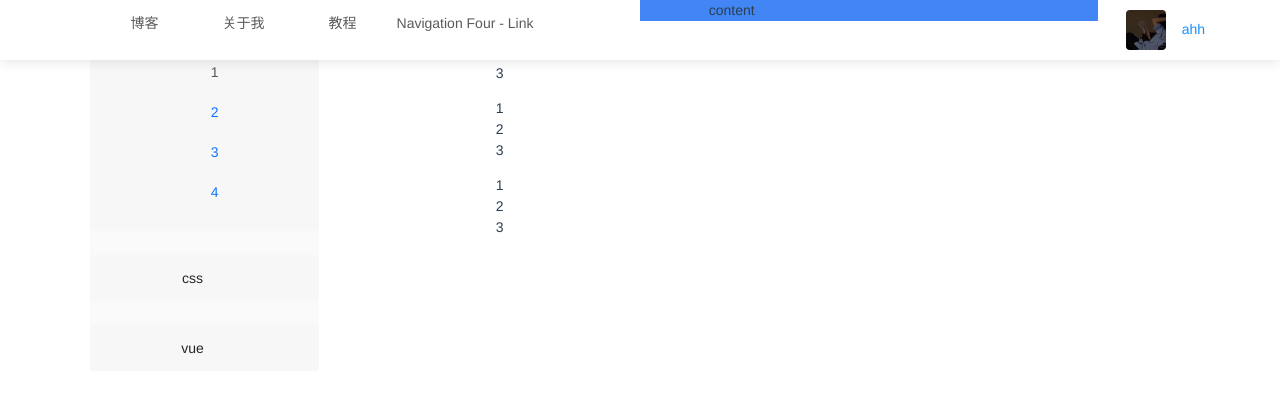
Repository: GitDjAr/blog
Page: /notes (app in myblog/)
An editor plug-in stored every save of this project. The page is shown before and after the next save, followed by the edit.
The browser window is 1280 px wide. The pictures show the whole page.
The project was rebuilt for these pictures with package versions that can differ from the ones it lists, and the page was loaded fresh each time. Also part of the build but not shown: myblog/webpack.config.js. Imported but missing from the stored project, and not drawn on this page: myblog/src/store/getters, myblog/src/views/about/about.

Above is the page before, as saved 2020-12-27 19:54:26.

After the next save:
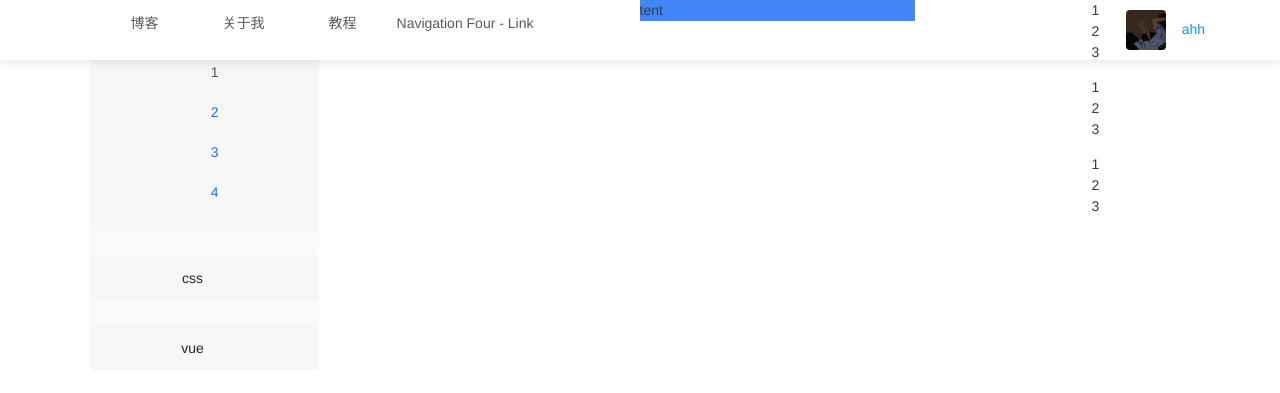
Saved 39 s later.
--- a/myblog/src/views/notes/notes.vue
+++ b/myblog/src/views/notes/notes.vue
@@ -26,7 +26,7 @@
           </a-collapse>
         </div>
       </a-col>
-      <a-col :span='24' :lg='{span:"10",offset:"1"}' :xl='{span:"16",offset:"1"}'>
+      <a-col :span='24' :lg='{span:"10",offset:"1"}' :xl='{span:"12",offset:"1"}'>
         <div class="notes-box">
           content
         </div>
